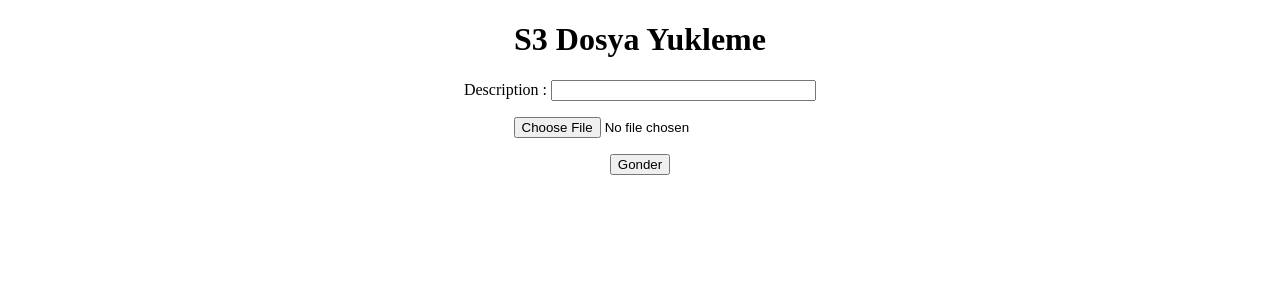
Repository: erengthb/AWS-Java-Servlet-Project
Page: http://localhost/Proje/
An editor plug-in stored every save of this project. The page is shown before and after the next save, followed by the edit.
The browser window is 1280 px wide. The pictures show the whole page.
The page is served by Tomcat 9. Other server files are loaded and not shown.

Above is the page before, as saved 2022-04-16 11:09:21.

### Proje/src/main/webapp/upload.jsp
<%@ page language="java" contentType="text/html; charset=ISO-8859-1"
    pageEncoding="ISO-8859-1"%>
<!DOCTYPE html>
<html>
<head>
<meta charset="ISO-8859-1">
<title>Dosya Yukleme</title>
</head>
<body>

<div align ="center">

<div><h1>S3  Dosya Yukleme</h1></div>
<div>
<form action ="upload" method = "post" enctype = "multipart/form-data">
<p> Description : <input type ="text" name= "Description	" size="30" required/> </p>

<p> <input type ="file" name = "file" required /></p>
<p> <button type= "submit" >Gonder</button> </p>


</form>
</div>
</div>


</body>
</html>

### Proje/src/main/java/net/codejava/aws/HomeServlet.java
package net.codejava.aws;

import java.io.IOException;
import javax.servlet.ServletException;
import javax.servlet.annotation.WebServlet;
import javax.servlet.http.HttpServlet;
import javax.servlet.http.HttpServletRequest;
import javax.servlet.http.HttpServletResponse;


@WebServlet("/")
public class HomeServlet extends HttpServlet {
	private static final long serialVersionUID = 1L;


    public HomeServlet() {
        super();
        // TODO Auto-generated constructor stub
    }


	protected void doGet(HttpServletRequest request, HttpServletResponse response) throws ServletException, IOException {
		// TODO Auto-generated method stub
		request.getRequestDispatcher("upload.jsp").forward(request, response);
	}

}

After the next save:
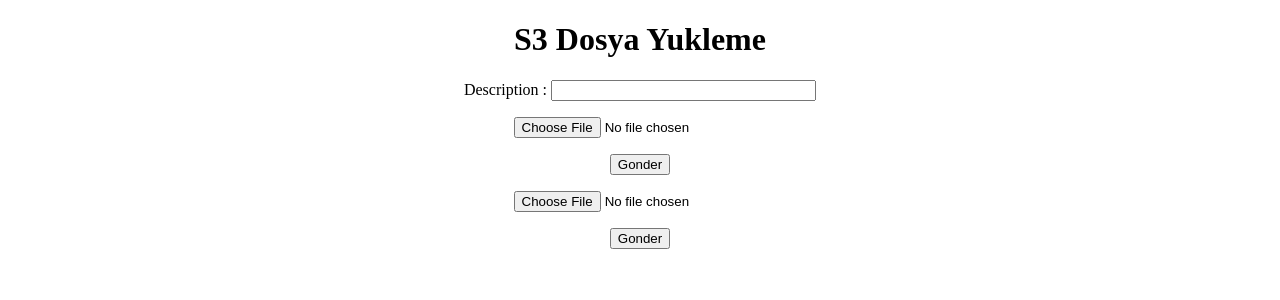
Saved 25 h 44 min later.
--- a/Proje/src/main/webapp/upload.jsp
+++ b/Proje/src/main/webapp/upload.jsp
@@ -20,6 +20,14 @@
 
 
 </form>
+<form action ="download" method = "get" enctype = "multipart/form-data">
+
+
+<p> <input type ="file" name = "file" required /></p>
+<p> <button type= "submit" >Gonder</button> </p>
+
+
+</form>
 </div>
 </div>
 
